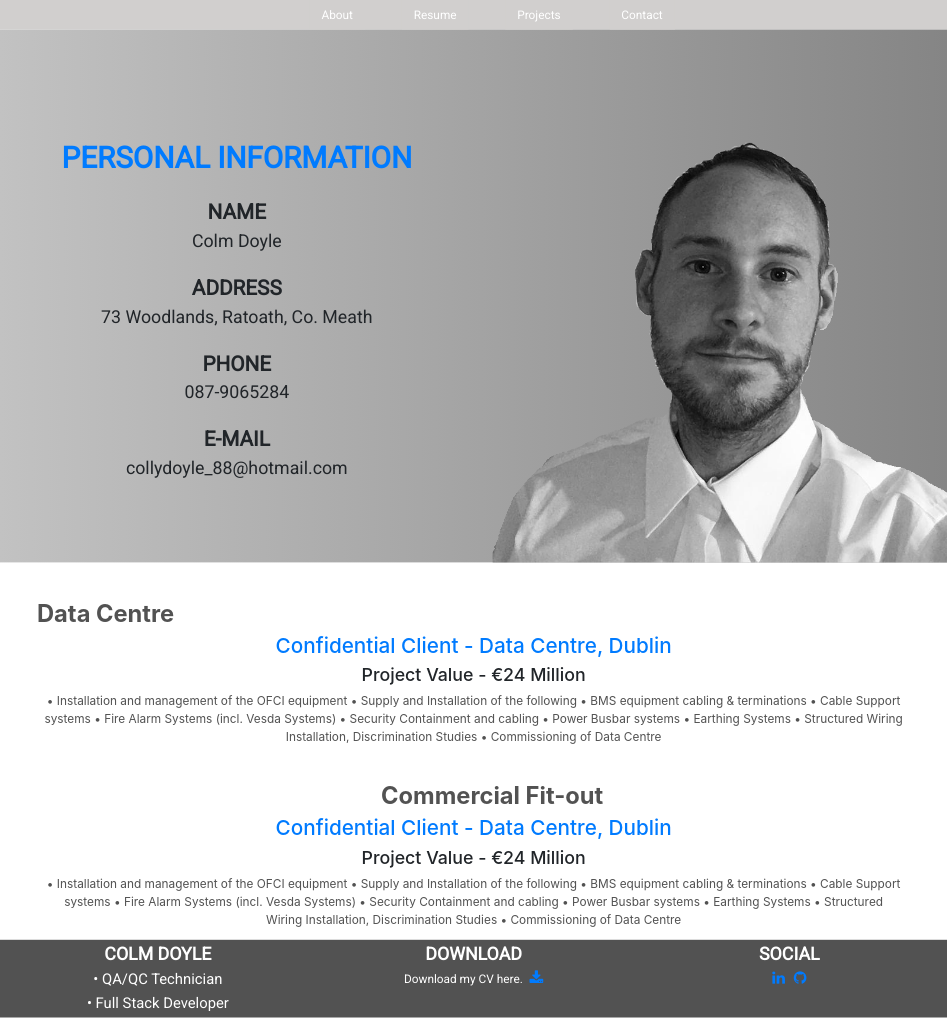
Repository: Code-Institute-Submissions/collyd21-milestone1
Page: projects.html
The author's editor kept a record of every edit. The page is drawn from the files as they stood at one moment, then again after the next edit.
The browser window is 1280 px wide. The pictures show the whole page, at 74% of full size.
Some web libraries are served in a nearby version.

Above is the page before.

After the next edit:
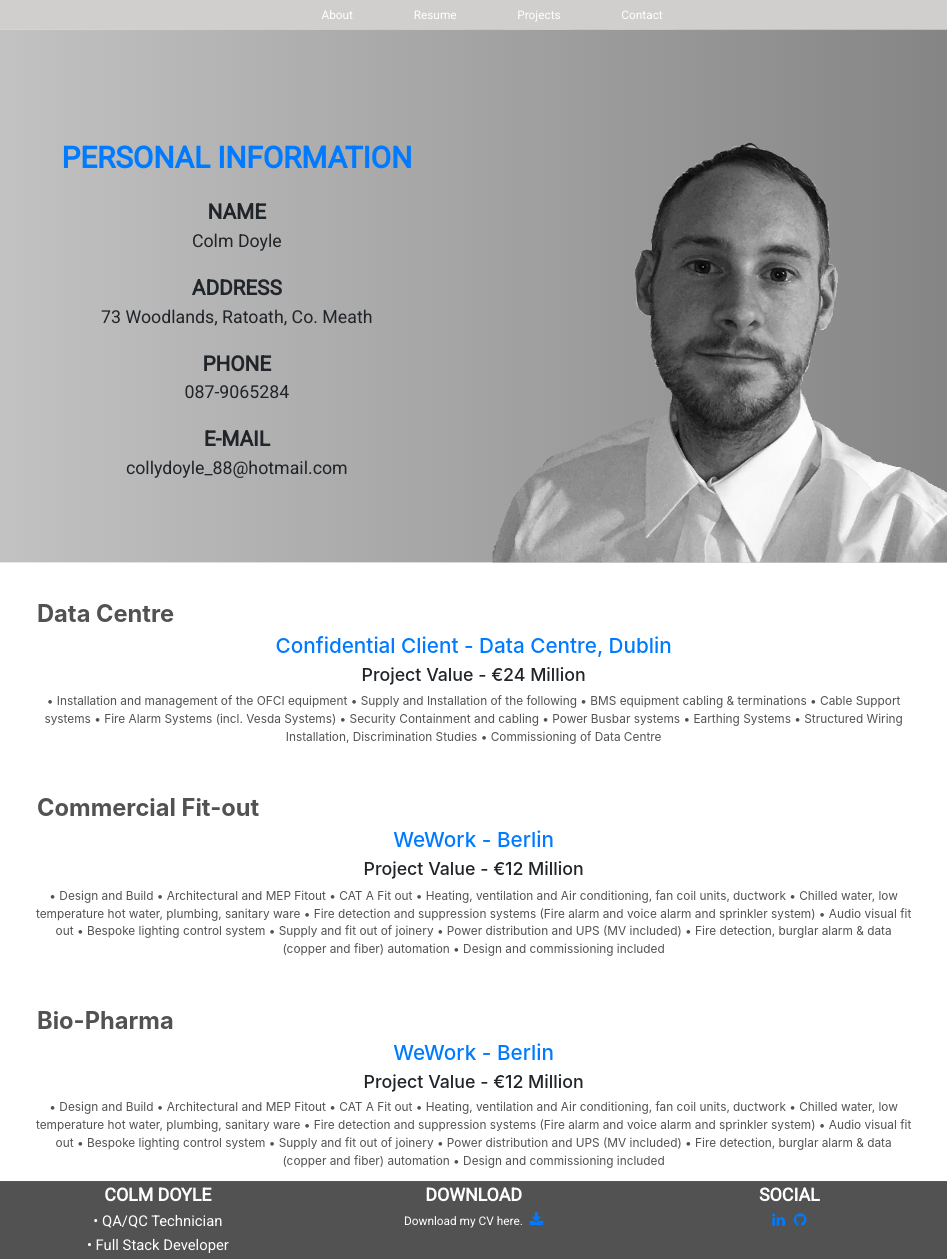
The edit:
--- a/projects.html
+++ b/projects.html
@@ -66,12 +66,23 @@
                 <p>• Installation and management of the OFCI equipment • Supply and Installation of the following • BMS equipment cabling & terminations • Cable Support systems • Fire Alarm Systems (incl. Vesda Systems) • Security Containment and cabling
                     • Power Busbar systems • Earthing Systems • Structured Wiring Installation, Discrimination Studies • Commissioning of Data Centre
                 </p>
+            </div>
             <h2 class="top-margin">Commercial Fit-out</h2>
             <div class="col-12 resume">
-                <h3>Confidential Client - Data Centre, Dublin</h3>
-                <h4>Project Value - €24 Million</h4>
-                <p>• Installation and management of the OFCI equipment • Supply and Installation of the following • BMS equipment cabling & terminations • Cable Support systems • Fire Alarm Systems (incl. Vesda Systems) • Security Containment and cabling
-                    • Power Busbar systems • Earthing Systems • Structured Wiring Installation, Discrimination Studies • Commissioning of Data Centre
+                <h3>WeWork - Berlin</h3>
+                <h4>Project Value - €12 Million</h4>
+                <p>• Design and Build • Architectural and MEP Fitout • CAT A Fit out • Heating, ventilation and Air conditioning, fan coil units, ductwork • Chilled water, low temperature hot water, plumbing, sanitary ware • Fire detection and suppression
+                    systems (Fire alarm and voice alarm and sprinkler system) • Audio visual fit out • Bespoke lighting control system • Supply and fit out of joinery • Power distribution and UPS (MV included) • Fire detection, burglar alarm & data (copper
+                    and fiber) automation • Design and commissioning included
+                </p>
+            </div>
+            <h2 class="top-margin">Bio-Pharma</h2>
+            <div class="col-12 resume">
+                <h3>WeWork - Berlin</h3>
+                <h4>Project Value - €12 Million</h4>
+                <p>• Design and Build • Architectural and MEP Fitout • CAT A Fit out • Heating, ventilation and Air conditioning, fan coil units, ductwork • Chilled water, low temperature hot water, plumbing, sanitary ware • Fire detection and suppression
+                    systems (Fire alarm and voice alarm and sprinkler system) • Audio visual fit out • Bespoke lighting control system • Supply and fit out of joinery • Power distribution and UPS (MV included) • Fire detection, burglar alarm & data (copper
+                    and fiber) automation • Design and commissioning included
                 </p>
             </div>
     </section>
